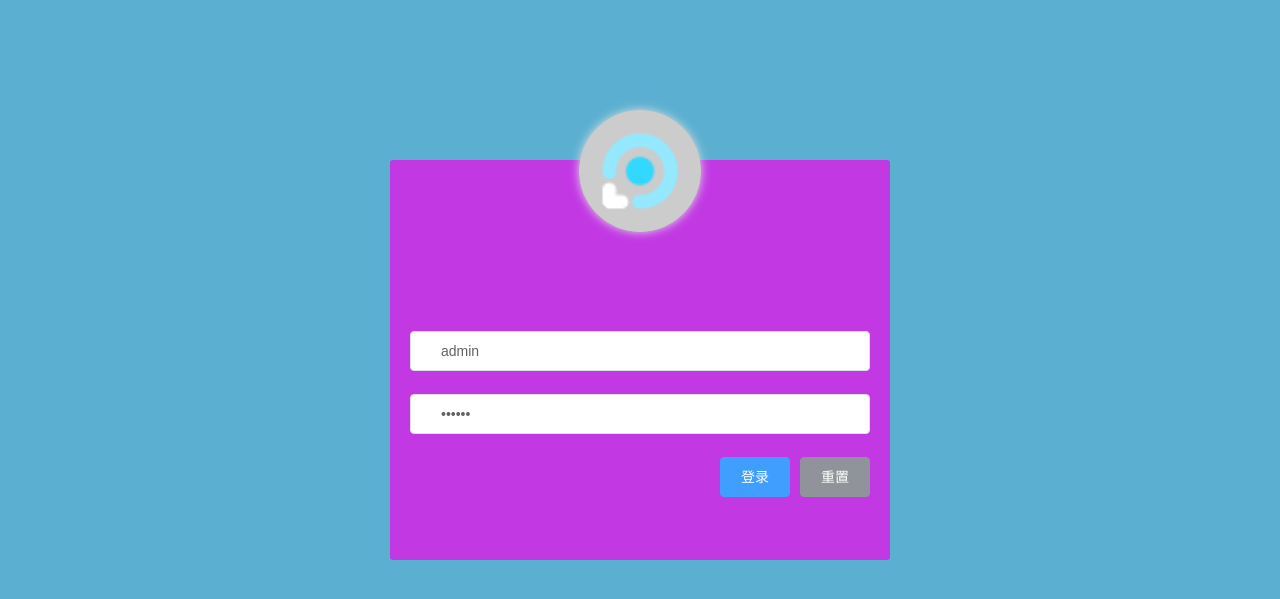
Repository: YUNjwyao/vue_hrm
Page: /
The author's editor kept a copy of each file at every save. The page is drawn from the files as they stood at one save, then again after the next save.
The browser window is 1280 px wide. The pictures show the whole page.
The project was rebuilt for these pictures with package versions that can differ from the ones it lists, and the page was loaded fresh each time. Also part of the build but not shown: src/components/Employee/EmployeeQuery.vue, src/components/Employee/ShowAddEmployee.vue, src/components/Employee/ShowUpdateEmployee.vue, src/components/Notice/Notice.vue, src/components/Notice/ShowUpdateNotice.vue, src/components/Notice/ShowAddNotice.vue, src/components/Document/Document.vue, src/components/Document/ShowUpdateDocument.vue and 1 more.

Above is the page before, as saved 2020-10-16 09:15:35.

After the next save:
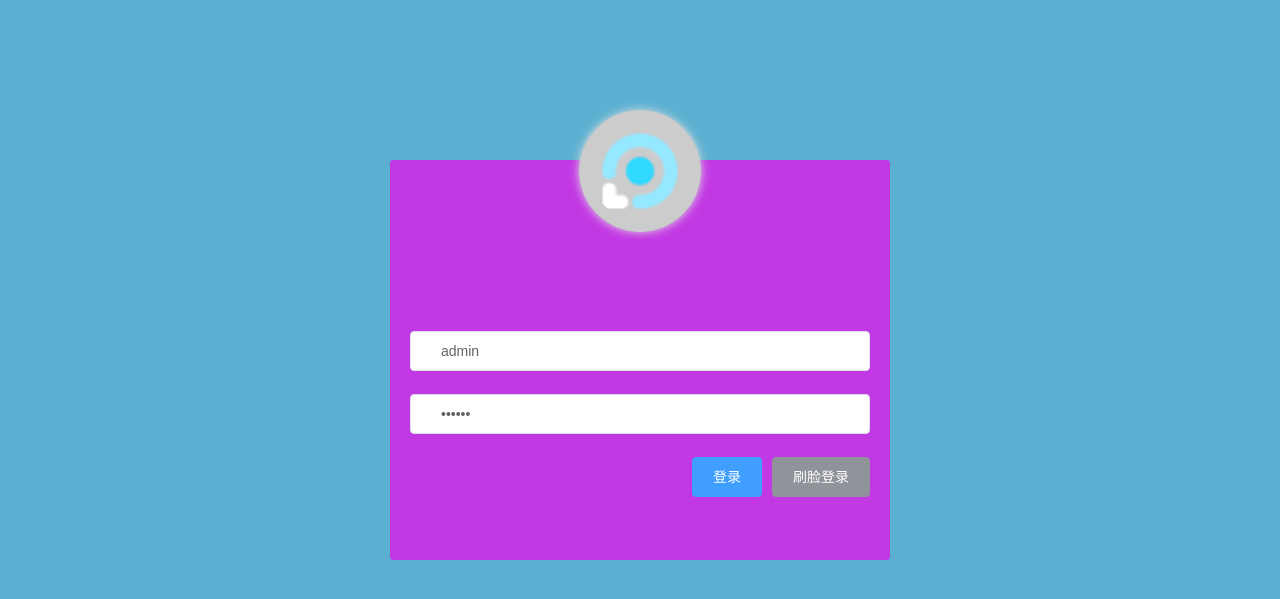
Saved 2 min 26 s later.
--- a/src/components/Login.vue
+++ b/src/components/Login.vue
@@ -18,8 +18,8 @@
               <el-form-item class="btns">
                   <!-- 登录 -->
                   <el-button type="primary" @click="login">登录</el-button>
-                  <!-- 重置 -->
-                  <el-button type="info" @click="resetForm">重置</el-button>
+                  <!-- 刷脸登录 -->
+                  <el-button type="info" @click="resetForm">刷脸登录</el-button>
               </el-form-item>
            </el-form>
         </div>
